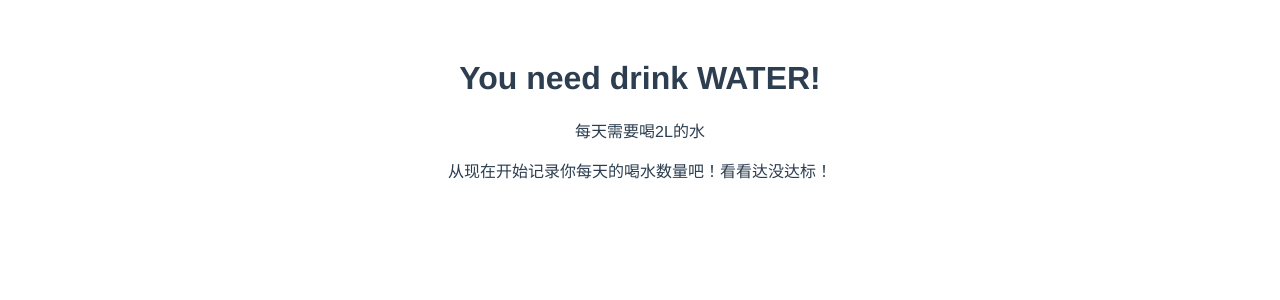
Repository: xuehebinglan/apps.xuehebinglan.com
Page: /drink-water
An editor plug-in stored every save of this project. The page is shown before and after the next save, followed by the edit.
The browser window is 1280 px wide. The pictures show the whole page.
The project was rebuilt for these pictures with package versions that can differ from the ones it lists, and the page was loaded fresh each time. Also part of the build but not shown: src/components/HomePage.vue.

Above is the page before, as saved 2018-06-20 15:26:31.

After the next save:
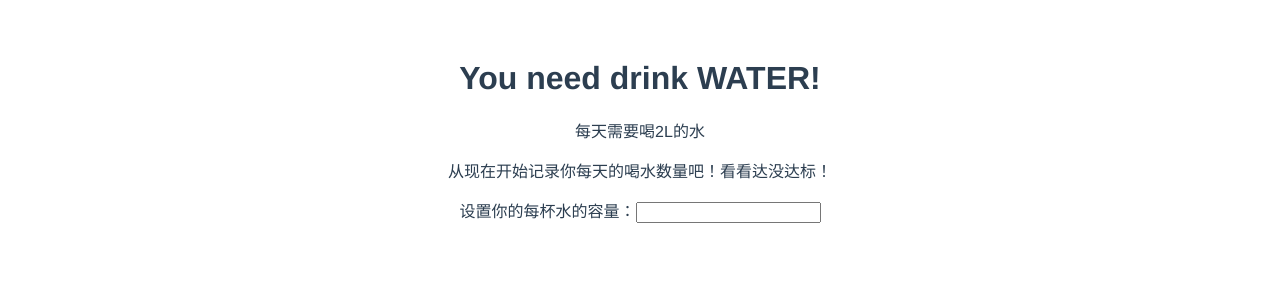
Saved 2 min 26 s later.
--- a/src/components/DrinkWater.vue
+++ b/src/components/DrinkWater.vue
@@ -5,6 +5,10 @@
     </h1>
     <p>每天需要喝2L的水</p>
     <p>从现在开始记录你每天的喝水数量吧！看看达没达标！</p>
+    <div class="cup-capacity">
+      <span>设置你的每杯水的容量：</span>
+      <input type="number">
+    </div>
   </div>
 </template>
 
